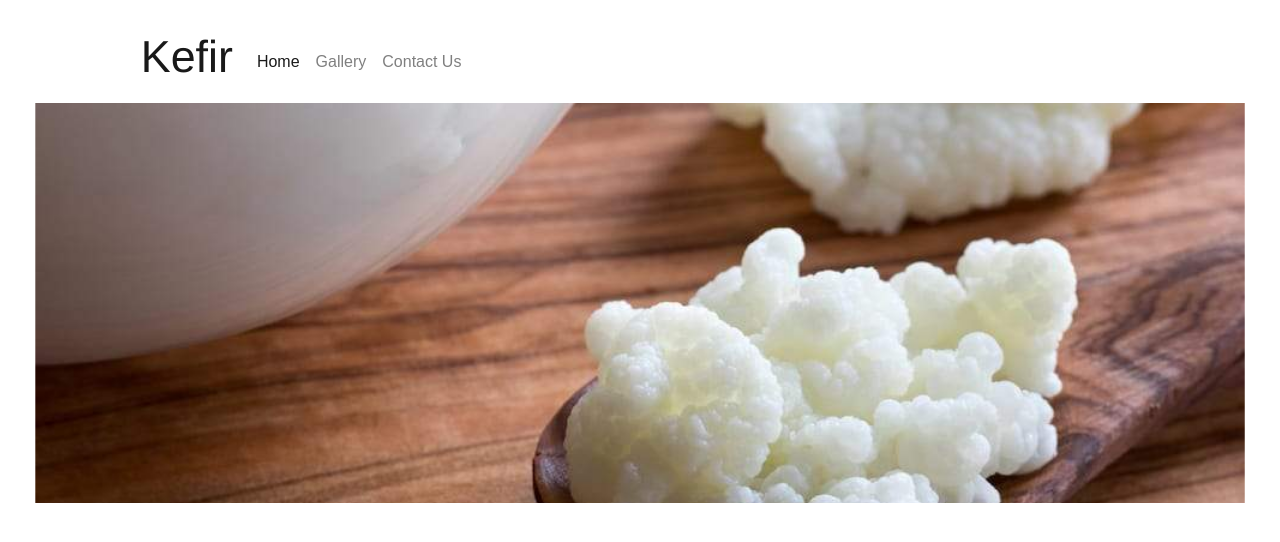
Repository: andna5980/kefir-web
Page: src/index.html
These files come from the project's save history. The page is drawn as it stood at one moment and after the next save; the edit follows.
The browser window is 1280 px wide. The pictures show the whole page.
Some web fonts or font styles are not loaded; a fallback is used. Some web libraries are served in a nearby version.

Above is the page before, as saved 2021-02-27 13:08:59.

After the next save:
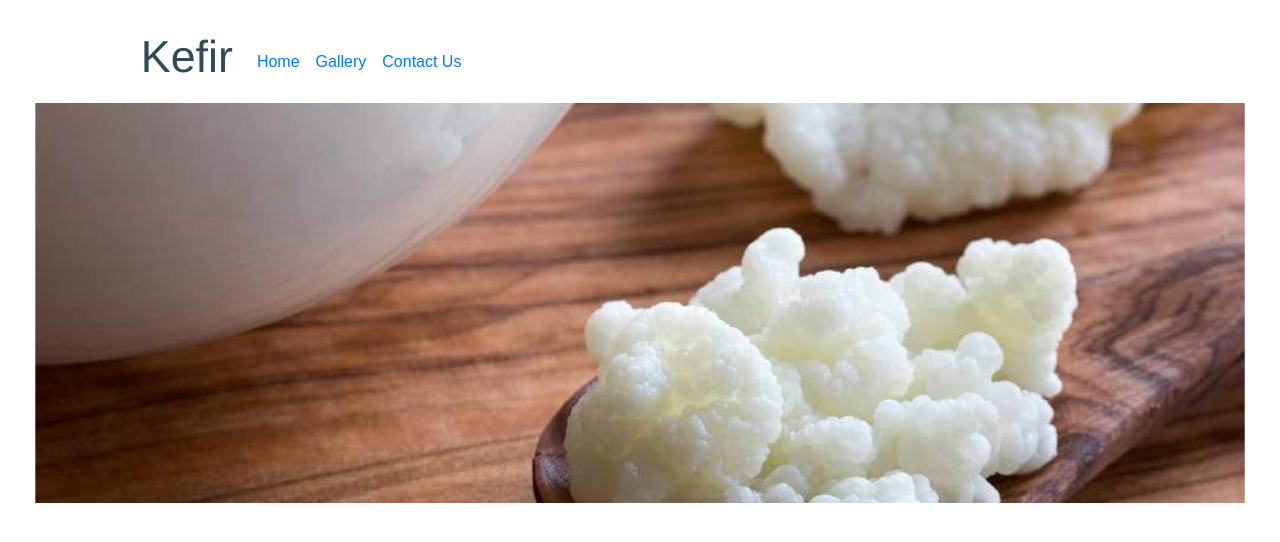
Saved 5 min 48 s later.
--- a/src/index.html
+++ b/src/index.html
@@ -19,7 +19,7 @@
 <body>
     <!--------------------Main-Header-------------------------------------->
     <header>
-        <nav class="navbar navbar-expand-md navbar-light">
+        <nav class="navbar navbar-expand-md">
           <a class="navbar-brand" href="#">Kefir</a>
           <button class="navbar-toggler" type="button" data-toggle="collapse" data-target="#navbarNav" aria-controls="navbarNav" aria-expanded="false" aria-label="Toggle navigation">
             <span class="navbar-toggler-icon"></span>

After the save that followed:
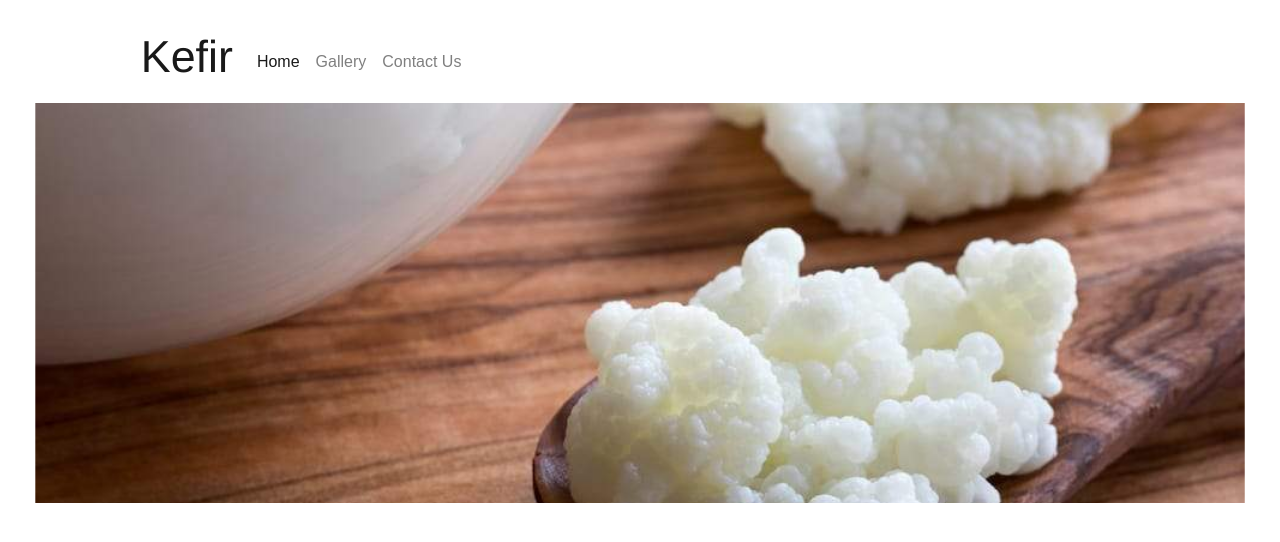
Saved 20 s later.
--- a/src/index.html
+++ b/src/index.html
@@ -19,7 +19,7 @@
 <body>
     <!--------------------Main-Header-------------------------------------->
     <header>
-        <nav class="navbar navbar-expand-md">
+        <nav class="navbar navbar-expand-md navbar-light" >
           <a class="navbar-brand" href="#">Kefir</a>
           <button class="navbar-toggler" type="button" data-toggle="collapse" data-target="#navbarNav" aria-controls="navbarNav" aria-expanded="false" aria-label="Toggle navigation">
             <span class="navbar-toggler-icon"></span>
